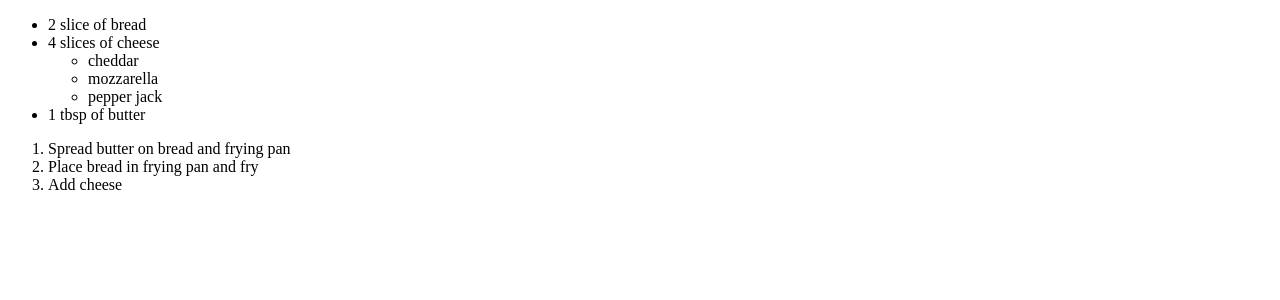
Repository: peterclermy232/phase-0-html-lists-lab
Page: index.html
An editor plug-in stored every save of this project. The page is shown before and after a run of saves, followed by the edit.
The browser window is 1280 px wide. The pictures show the whole page.

Above is the page before, as saved 2022-05-29 15:56:44.

After the next 5 saves:
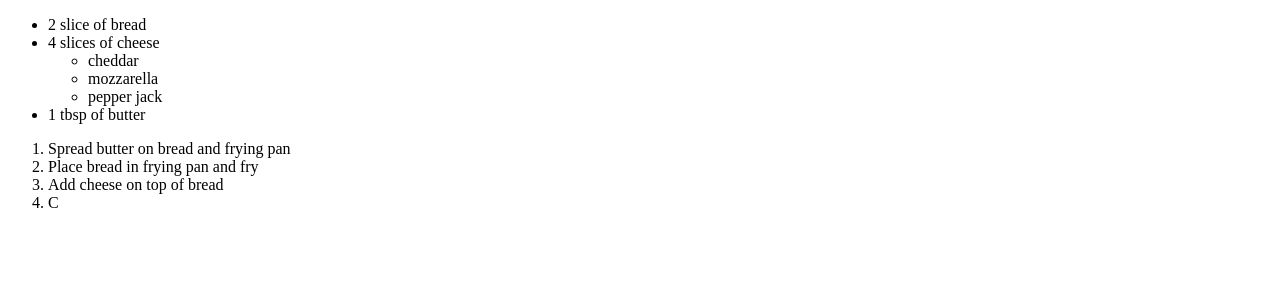
The 5 saves are shown as one change because they came seconds apart.
The last was saved 18 s later.
--- a/index.html
+++ b/index.html
@@ -22,7 +22,8 @@
     <ol>
       <li>Spread butter on bread and frying pan</li>
       <li>Place bread in frying pan and fry</li>
-      <li>Add cheese</li>
+      <li>Add cheese on top of bread</li>
+      <li>C</li>
     </ol>
   </body>
 </html>
